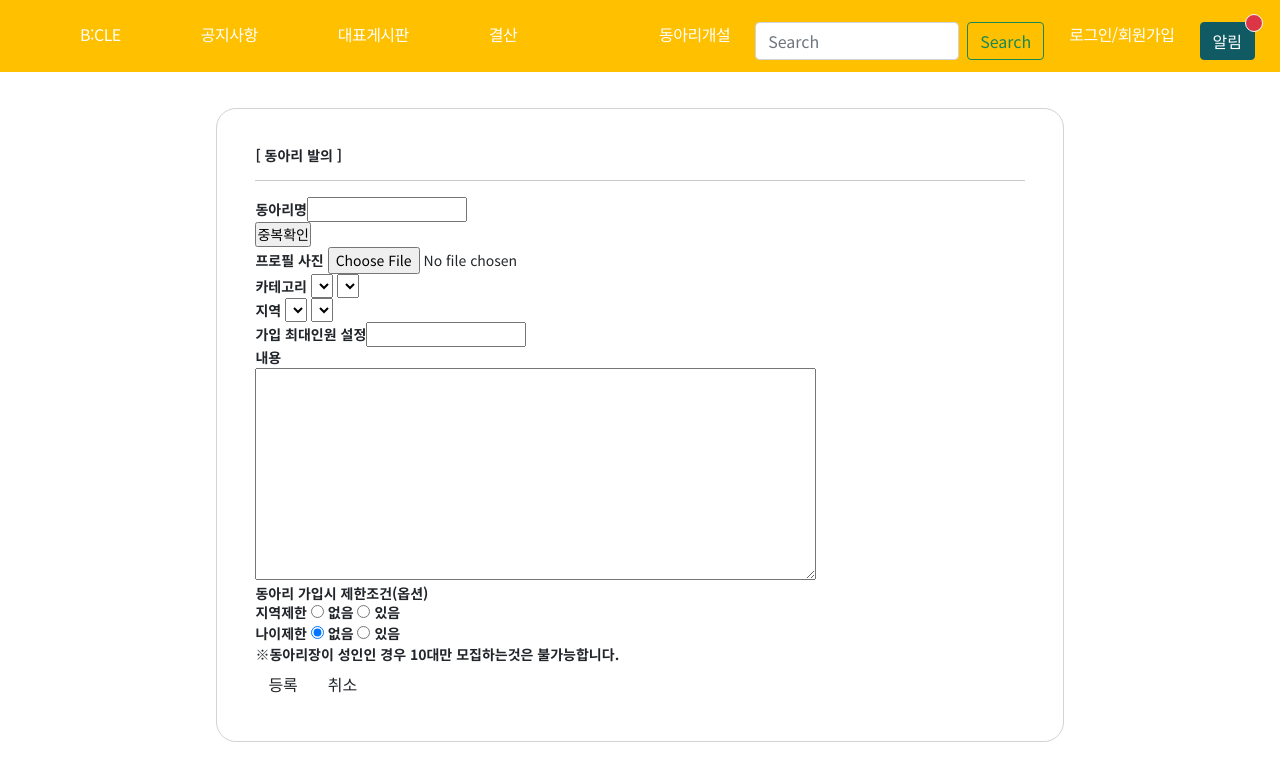
Repository: CHAEYUN7074/SpringProject
Page: http://localhost/viewpages/WEB-INF/view/PreClubUpdateForm.jsp
The author's editor kept a copy of each file at every save. The page is drawn from the files as they stood at one save, then again after the next save.
The browser window is 1280 px wide. The pictures show the whole page.
Some web fonts or font styles are not loaded; a fallback is used. The page is served by Tomcat 9. Nobody is signed in. Other server files are loaded and not shown. The template is opened directly, without the code that normally fills it, so the values that code supplies are empty.

Above is the page before, as saved 2021-12-27 14:20:21.

### viewpages/WebContent/WEB-INF/view/PreClubUpdateForm.jsp
<%@ page contentType="text/html; charset=UTF-8"%>
<%@ taglib prefix="c" uri="http://java.sun.com/jsp/jstl/core"%>
<%
   request.setCharacterEncoding("UTF-8");
String cp = request.getContextPath();
%>
<!DOCTYPE html>
<html>
<head>
<meta charset="UTF-8">
<title>PreClubUpdateForm.jsp</title>
<link rel="stylesheet" href="css/mainpage.css">
<style type="text/css">
#contents {
   margin : 5vh 30vh 5vh 30vh;
   padding : 3%;
   border : 1px solid lightgray;
   border-radius : 20px;
   font-family: 'Noto Sans KR', sans-serif;
   font-weight:bold;
}



</style>


<script type="text/javascript" src="http://code.jquery.com/jquery.min.js"></script>
<script type="text/javascript" src="<%=cp%>/js/jquery-ui.js"></script>
<script type="text/javascript" src="<%=cp%>/js/ajax.js"></script>
<script type="text/javascript">

   $(document).ready(function()
   {
      //카테고리 대분류(category_L_Id)가 변경되었을 경우 수행해야 할 코드 처리
      $("#category_L_Id").change(function()
      {
         //lert($("#category_L_Id").val());

         // Ajax 요청 및 응답 처리
         $.ajax(
         {
            type : "POST"
            ,url : "ajaxcategory.action"
            ,data : {category_L_Id : $("#category_L_Id").val()}
            ,dataType : "json" //{key : vlaue}
            ,success : function(result)
            {
               $("#category_S_Id").children().remove();
               $("#category_S_Id").append("<option value=\"\">선택</option>");

               for(var i=0; i<result.length; i++)
               {
                  $("#category_S_Id").append("<option value=\""+result[i].category_s_id+"\">"+result[i].s_cat+"</option>");
               }
            }
            ,error : function(e)
            {
               alert(e.responseText);
            }
         });
      });

      $("#region_L_Id").change(function()
      {
         //alert('변경');
         //alert($("#region_L_Id").val());

         var category_s_id = '${preopen.category_s_id}';

         $.ajax(
         {
            type : "POST"
            ,url : "ajaxregion.action"
            ,data : {region_L_Id : $("#region_L_Id").val()}
            ,dataType : "json"
            ,success : function(result)
            {
               //alert(result);
               $("#region_S_Id").children().remove();
               $("#region_S_Id").append("<option value=\"\">선택</option>");

               for(var i=0; i<result.length; i++)
               {
                  $("#region_S_Id").append("<option value=\""+result[i].region_s_id+"\">"+result[i].local+"</option>");
               }
            }
            ,error : function(e)
            {
               alert(e.responseText);
            }

          });

      });

   });
      //동아리명 중복 검사

    $(document).ready(function()
   {

      $('.title').focusout(function()  //focusout
      {
         let userTitle = $('.title').val();

         $.ajax({
            url : "checktitle.action" // ①컨트롤러로~
            , type : "POST"
            , data : {userTitle : userTitle}
            , dataType : "json"
            , success : function(result) //Check title에서 여기로 왔다.
            {
               if(result.title == 0){
                  $("#checkTitle").html('이미 동일한 이름의 동아리가 존재합니다.');
                  $("#checkTitle").css('color', 'red');
                  $('#title').val(''); //중복된 내용삭제

               }
               else
               {

                  $("#checkTitle").html('사용할 수 있는 동아리 이름입니다.');
                  $("#checkTitle").css('color', 'green');
               }
            }
            , error : function(e)
            {
               alert(e.responseText); //에러사항 보여주기
            }
         })
      })
   });



 //각 상황별 alert 창 → required로 했는데 클리어하지가 않아서, 각 상황에 맞게 알림창을 띄우기로했다.
   $(document).ready(function()
   {
      $("#submitBtn").click(function()
      {
          if ($.trim($("#title").val()).length == 0)
         {
            alert("동아리명을 입력하세요.");
            $("#title").focus();
            return;
         }

         if ($("#category_L_Id").val() == "")
         {
            alert("카테고리를 선택해주세요");
            $("#category_L_Id").focus();
            return;
         }
         if ($("#category_S_Id").val()== "")
         {
            alert("카테고리를 선택해주세요");
            $("#category_S_Id").focus();
            return;
         }
         if ($("#region_L_Id").val()== "")
         {
            alert("지역을 선택해주세요");
            $("#region_L_Id").focus();
            return;
         }
         if ($("#region_S_ID").val()== "")
         {
            alert("지역을 선택해주세요");
            $("#region_S_ID").focus();
            return;
         }
         if ($("#max").val().length == 0)
         {
            alert("최대 인원을 입력하세요");
            $("#max").focus();
            return;
         }

          if ($("#content").val().length == 0) // 내용 입력하라는 에러 , div id가 content여서
          {
             alert("내용을 입력하세요");
             $("#content").focus();
             return;
          }

         $("#updateForm").submit();
      });
   });

</script>


</head>
<body>
   <!--
ClubCreate.jsp
- 동아리장 - 동아리 개설하기(발의하기)

 -->

   <div class="wrap">
      <!-- 네브 영역 -->
      <div>
         <c:import url="nav.jsp"></c:import>
      </div>
     <!--
     HttpSession session = request.getSession();
     session.setAttribute("id", id);
       -->
      <!-- 콘텐츠 영역 -->
      <div id="contents">
         <h1>[ 동아리 발의 ]</h1>
         <hr>

         <div>
            <form action="preclubupdate.action" method="post" id="updateForm" enctype="multipart/form-data">
               <div>
                  <input type="text" name="cid" value="${preopen.cid}" style="display: none;"> <!-- cid 안보이게 삽입 -->
                  <p>
                  동아리명<input type="text" name="title" id="title" class="title" maxlength='20'  value="${preopen.title }">
                  </p>
                  <input type="button" value="중복확인" id="check">
                  <span id="checkTitle" style="font-size: small;"></span><br>

                  프로필 사진
                  <input type="file" name="url" id="url" value="${preopen.url }">
                  <p>
                  <!--
                     동아리장<input type="text" name="nickname" id="nickname"
                        placeholder="로그인 상태인 사람 여기에 자동 닉네임 뿌려주기" disabled="disabled">
                     개설예정일<input
                        type="text" name="preopendate" id="preopendate"
                        placeholder="자동입력" disabled="disabled">
                         -->
                  </p>
                  <div>
                     카테고리
                     <select id="category_L_Id" name="category_L_Id">
                        <c:forEach var="category" items="${categoryLList }">
                            <option value="${category.category_l_id}"
                            ${preopen.category_l_id == category.category_l_id ? "selected=\"selected\"" : "" }
                             >${category.l_cat}</option>
                        </c:forEach>
                     </select>
                     <select id="category_S_Id" name="category_S_Id">
                        <option value="${preopen.category_s_id}" selected="selected">${preopen.s_cat}</option>
                     </select>
                  </div>


                  <div>

                     지역
                     <select id="region_L_Id" name="region_L_Id">
                        <c:forEach var="region" items="${regionLList }">
                            <option value="${region.region_l_id}"
                            ${preopen.region_l_id == region.region_l_id ? "selected=\"selected\"" : "" }
                             >${region.city}</option>
                        </c:forEach>
                     </select>
                     <select id="region_S_Id" name="region_S_Id">
                        <option value="${preopen.region_s_id}" selected="selected">${preopen.local}</option>
                     </select>
                  </div>

                  <p>
                     가입 최대인원 설정<input type="text" id="max" name="max"  value="${preopen.max}">
                  </p>
                  <div>
                     <p>내용</p>
                     <textarea rows="10" cols="70" id="content" name="content" maxlength='100'>${preopen.content}</textarea>
                  </div>
                  <div>
                     <%-- <c:import url="beePicCreated.jsp"></c:import> --%>
                  </div>

                  <div>
                     <h5>동아리 가입시 제한조건(옵션)</h5>

                     <div>
                        지역제한
                        <input type="radio" name="regionlimit" value="X" id="regionlimitX"
                        ${preopen.limit_id == 'X' ? "checked=\"checked\"" : "" }>
                        <label for="regionlimitX">없음</label>
                        <input type="radio" name="regionlimit" id="regionlimitO" value="O"
                        ${preopen.limit_id == 'O' ? "checked=\"checked\"" : "" } >
                        <label for="regionlimitO">있음</label>
                        <br>
                        나이제한
                        <input type="radio" name="agelimit" id="agelimitX" value="X" checked="checked">
                        <label for="agelimitX">없음</label>
                        <input type="radio" name="agelimit" id="agelimitO"  value="O">
                        <label for="agelimitO">있음</label>
                        <br>※동아리장이 성인인 경우 10대만 모집하는것은 불가능합니다.
                     </div>

                     <div>
                        <button type="button" class="btn" id="submitBtn">등록</button>
                        <button type="button" class="btn" id="cancleBtn" onclick="location.href='mainpage.action'">취소</button>
                     </div>

                  </div>

               </div>
            </form>
         </div>
      </div>

   </div>




</body>
<script type="text/javascript">


</script>
</html>

### viewpages/WebContent/WEB-INF/view/nav.jsp
<%@ page contentType="text/html; charset=UTF-8"%>
<%@ taglib prefix="c" uri="http://java.sun.com/jsp/jstl/core"%>
<%
   request.setCharacterEncoding("UTF-8");
String cp = request.getContextPath();
%>
<!DOCTYPE html>
<html lang="ko">
<head>
<meta charset="UTF-8">
<meta name="viewport" content="width=device-width, initial-scale=1">
<title>B:CLE</title>
<!-- <link rel="stylesheet" href="css/main.css"> -->
<link rel="stylesheet" href="css/font-awesome.min.css">
<link
   href="https://cdn.jsdelivr.net/npm/bootstrap@5.1.3/dist/css/bootstrap.min.css"
   rel="stylesheet"
   integrity="sha384-1BmE4kWBq78iYhFldvKuhfTAU6auU8tT94WrHftjDbrCEXSU1oBoqyl2QvZ6jIW3"
   crossorigin="anonymous">

<style>
@import
   url('https://fonts.googleapis.com/css?family=Exo+2|Noto+Sans+KR&display=swap')
   ;
/*reset*/
* {
   margin: 0;
   padding: 0;
}
body {
   margin: 0;
}
h1, h2, h3, h4, h5, h6, p, ul, ol, li, dl, dt, dd {
   margin: 0;
   padding: 0;
}
h1, h2, h3, h4, h5, h6 {
   font-weight: 700;
   font-size: inherit;
}
a {
   color: inherit;
   text-decoration: inherit;
}
img {
   vertical-align: middle;
}
a img {
   border: none;
}
li {
   list-style: none;
}
address, em, i, ul {
   font-style: normal;
}
.mo {
   display: none;
}
body {
   font-family: 'Noto Sans KR', sans-serif;
   font-size: 14px;
}
header {
   font-family: 'Noto Sans KR', sans-serif;
   letter-spacing: -0.5px;
   background: rgb(255, 192, 0);
   color: white;
   height: 10vh;
   width: 100%;
   position: relative;
   margin-top: -20px;
}
.mainHeader {
   width: 100%;
   margin-top: 20px;
   box-sizing: border-box;
   vertical-align: center;
}
.mainHeader .gnbMo {
   display: none;
}
.mainHeader .gnb {
   float: left;
   margin-left: 80px;
   margin-top: 3vh;
}
.mainHeader .gnb li {
   float: left;
   margin-right: 80px;
}
.mainHeader .gnb li a {
   display: block;
   width: 100%;
   text-align: center;
   color: #fff;
   font-size: 16px;
   text-decoration-line: none;
}
.mainHeader .gnb li a:hover, .mainHeader .gnb li a:focus {
   color: #ff8342;
}
.mainHeader .tnb {
   float: right;
   margin-top: 3vh;
}
.mainHeader .tnb li {
   float: left;
   margin-right: 25px;
}
.mainHeader .tnb li a {
   display: block;
   width: 100%;
   text-align: center;
   font-size: 16px;
   color: #fff;
   text-decoration-line: none;
}
.mainHeader .tnb li:nth-child(1) a i, .mainHeader .tnb li:nth-child(2) a i
   {
   font-size: 20px;
   margin-right: 8px;
}
.mainHeader .tnb li:last-child a {
   display: block;
   width: 105px;
   line-height: 2;
   border: 1px solid #fff;
   border-radius: 30px;
   margin-top: 35px;
}
.mainHeader .tnb li:last-child a i {
   margin-left: 5px;
}
.mainHeader .tnb li:last-child a:hover {
   background: #fff;
   color: #ff8342;
   transition: all 0.3s;
}
.btn-primary {
    color: #fff;
    background-color: #105b63;
    border-color: #105b63;
}


.box {
    width: 30px;
    height: 30px;
    border-radius: 70%;
    overflow: hidden;
}
.profile {
    width: 100%;
    height: 100%;
    object-fit: cover;
}

</style>


</head>
<body>

   <c:choose>
      <c:when test="${!empty id }">
         <header>
            <div class="mainHeader">
               <nav class="gnb">
                  <ul>
                     <li><a href="mainpage.action">B:CLE</a></li>
                     <li><a href="mainnoticelist.action">공지사항</a></li>
                     <li><a href="mainfreeboardlist.action">대표게시판</a></li>
                     <li><a href="mainaccount.action">결산</a></li>
                  </ul>
               </nav>
               <nav class="tnb">
                  <ul>

                     <li><a href="clubinsertform.action">동아리개설</a></li>

                     <li>
                        <form class="d-flex">
                           <input class="form-control me-2" type="search"
                              placeholder="Search" aria-label="Search">
                           <button class="btn btn-outline-success" type="submit">Search</button>
                        </form>
                     </li>



                     <!-- 값을 넘겨보려 시도했는데 실패...ㅠ 다시 해볼게요 - 현정 -->
                     <li><a href="#">마이페이지</a></li>
                     <li><a href="logout.action"></i>로그아웃</a></li>
                         <li><button type="button"
                              class="btn btn-primary position-relative">
                              알림 <span
                                 class="position-absolute top-0 start-100 translate-middle p-2 bg-danger border border-light rounded-circle">
                                 <span class="visually-hidden">New alerts</span>
                              </span>
                             </button></li>
                  </ul>
               </nav>
               <nav class="gnbMo">
                  <a href="#"><i class="fa fa-bars" aria-hidden="true"></i></a>
               </nav>
            </div>
         </header>
      </c:when>
      <c:otherwise>
         <header>
            <div class="mainHeader">
               <nav class="gnb">
                  <ul>
                     <li><a href="mainpage.action">B:CLE</a></li>
                     <li><a href="mainnoticelist.action">공지사항</a></li>
                     <li><a href="mainfreeboardlist.action">대표게시판</a></li>
                     <li><a href="mainaccount.action">결산</a></li>
                  </ul>
               </nav>
               <nav class="tnb">
                  <ul>

                     <li><a href="#">동아리개설</a></li>

                     <li>
                        <form class="d-flex">
                           <input class="form-control me-2" type="search"
                              placeholder="Search" aria-label="Search">
                           <button class="btn btn-outline-success" type="submit">Search</button>
                        </form>
                     </li>




                     <li><a href="loginpage.action"></i>로그인/회원가입</a></li>
                     <li><button type="button"
                           class="btn btn-primary position-relative">
                           알림 <span
                              class="position-absolute top-0 start-100 translate-middle p-2 bg-danger border border-light rounded-circle">
                              <span class="visually-hidden">New alerts</span>
                           </span>
                        </button></li>
                  </ul>
               </nav>
               <nav class="gnbMo">
                  <a href="#"><i class="fa fa-bars" aria-hidden="true"></i></a>
               </nav>
            </div>
         </header>
      </c:otherwise>
   </c:choose>
   <!--header-->




</body>
</html>

<!-- 검색부분에 쓸 부트스트랩 -->
<!--       <form class="d-flex">
        <input class="form-control me-2" type="search" placeholder="Search" aria-label="Search">
        <button class="btn btn-outline-success" type="submit">Search</button>
      </form> -->

### viewpages/WebContent/css/mainpage.css
@charset "utf-8";
@import url('https://fonts.googleapis.com/css?family=Exo+2|Noto+Sans+KR&display=swap');
/*reset*/
* {margin: 0;padding: 0;}
body {margin: 0;}
h1, h2, h3, h4, h5, h6, p, ul, ol, li, dl, dt, dd {margin: 0; padding: 0;}
h1, h2, h3, h4, h5, h6 {font-weight: 700; font-size: inherit;}
a {color: inherit; text-decoration: inherit;}
img {vertical-align: middle;}
a img {border: none;}
li {list-style: none;}
address, em, i, ul {font-style: normal;}

/*layout*/
.mo {display: none;}
.en {font-family: 'Exo 2', sans-serif;}
body {font-family: 'Noto Sans KR', sans-serif; font-size: 14px;}
.wrap {margin: 0 auto; }


/*section .title*/

section .title {color: #000; text-align: center;}
section .title h2 {font-size: 45px; margin-bottom: 5px; font-weight: normal;}
section .title h2 span {color:#ff8342; }
section .title p {font-size: 18px; color: #555;}


/*section.about*/
section.about {background: #fff; padding: 80px 0;}
section.about ul {color: #555; font-family: 'Noto Sans KR', sans-serif; margin: 30px auto; height:60vh; width: 1400px; border-bottom: 1px solid #ddd; overflow: hidden; }
section.about ul li {float:left; width: 33.3333%; }
section.about ul li a{display: block; width: 100%; height: 100%; text-decoration : none;}
section.about ul li a p.clubpic {width: 100%;overflow: hidden; }
section.about ul li a p.clubpic img {width: 100%; height: auto; transition: all .8s;}
section.about ul li a:hover p.clubpic img,section.about ul li a:focus p.img img {transform: scale(1.2); transition: all 1s;}
section.about ul li a .text {color: #555; padding: 30px;}
section.about ul li a .text h3 {font-size: 20px; margin-bottom: 10px;}
section.about ul li a .text p {font-size: 16px; margin-bottom: 10px;}
section.about ul li a .text p.more {text-transform: uppercase; font-weight: bold; padding-left: 40px; position: relative;}
section.about ul li a .text p.more:before {content: '\f178'; font-family:FontAwesome; font-size: 15px; width: 30px; height: 30px; line-height: 30px; background:#ff8342; position: absolute; left: 0;display: block;  border-radius: 50%;}

/*section.find*/
section.find {margin-bottom: 35vh; }
section.find .imgBox {width: 1400px; height: 10px; position: relative;}
section.find .imgBox .inner {background: #3a3c4e; width: 80%; position: absolute; left: 25vh; margin-top:2vh; margin-bottom:2vh; border-radius: 30px;}
section.find .imgBox .inner h3 {background: #000; padding: 25px 45px; box-sizing: border-box; font-size: 18px;}
section.find .imgBox .inner h3 span {color:#ff8342;}
section.find .imgBox .inner .bottom {font-family: 'Noto Sans KR', sans-serif; padding: 35px 85px; box-sizing: border-box; color: #fff; overflow: hidden; line-height: 1.6;}
section.find .imgBox .inner .bottom p {float: left;}
section.find .imgBox .inner .bottom a {color: #fff; text-decoration-line : none; float: right; margin-right: 20px;   padding: 7px 30px; background: #ff8342; border-radius: 50px;}
section.find .imgBox .inner .bottom a:hover,section.find .imgBox .inner .bottom a:focus {background: #f86010;}
section.find .map {margin-left: 0px;}

/*section.join*/
section.join {margin-bottom: 150px; padding: 80px 0; background: url(../images/health.png)no-repeat center/cover;}
section.join ul.title {width: 1400px; margin: 50px auto; border-top: 2px solid #000; border-bottom: 2px solid #000;}
section.join ul.list > li {padding: 30px 60px; box-sizing: border-box;}
section.join ul.list > li:nth-child(1) {border-bottom: 1px solid #ddd;}
section.join ul.list li h3 {font-size: 18px; margin-bottom: 20px; position: relative;}
section.join ul.list li h3 span {position: absolute; left: -35px; color:#ff8342; }
section.join ul.list li > p {line-height: 1.6; margin-bottom: 20px;}
section.join ul.list li > a {display:inline-block; font-weight: bold; font-size: 16px;line-height: 1.6; }
section.join ul.list li > a span {color:#ff8342; font-weight: bold; margin-left: 3px; font-size: 14px; }
section.join ul.in {margin-bottom: 30px;}
section.join ul.in li {margin-bottom: 10px; overflow: hidden;}
section.join ul.in li em {float: left; width: 12%;  font-weight: bold;}
section.join ul.in li p {float: left; width: 88%; position: relative;}
section.join ul.in li p:before { content:''; position: absolute; left: -40px; top:10px; width: 4px; height: 4px; border-radius: 50%; background:#ff8342; }
section.join button {display: block; width: 280px; background:#ff8342; border:none; padding: 10px 0; font-weight: bold; text-align: center; margin: auto; border-radius: 50px; color: #fff;}

/*section.timeup*/
section.timeup {margin-bottom: 50vh; height : 60vh;}
section.timeup h2{margin-top : 10vh;}
section.timeup ul {width: 1400px; margin: 60px auto; overflow: hidden;}
section.timeup ul li {float: left; width: 32%; margin-right: 1%;}
section.timeup ul li:last-child {margin-right: 0;}
section.timeup ul li a {display: block; width: 100%; height: 80%;}
section.timeup ul li a p.clubpic {overflow: hidden; position: relative;}
section.timeup ul li a p.clubpic:before {content: ''; width: 0%; height: 100%; position: absolute; left: 0; top:0; background: rgba(255, 131, 66, 0.9); transition: all 0.5s;}
section.timeup ul li a p.clubpic img {width: 100%;}
section.timeup ul li a:hover p.clubpic:before,section.sns ul li a:focus p.clubpic:before {width: 100%; transition: all 0.6s;}
section.timeup ul li a p.clubpic:after {content: '함께하기'; position: absolute; left:50%; top:50%; transform: translate(-50%,-50%); font-family: 'Exo 2', sans-serif; font-size: 15px; color: #fff; border: 1px solid #fff; border-radius: 40px; padding: 5px 30px; opacity: 0; transition: all 0.5s;}
section.timeup ul li a:hover p.clubpic:after,section.sns ul li a:focus p.clubpic:after {opacity: 1; transition: all 0.5s;}
section.timeup ul li a .bottom {color:  #555; font-family: 'Noto Sans KR', sans-serif; width: 100%; padding: 20px 0 20px 30px; box-sizing: border-box;}
section.timeup ul li a .bottom p {font-size: 18px; font-weight: bold;}
section.timeup ul li a .bottom p.color {text-decoration-line : none; color: #ff8342; font-size: 15px; font-weight: normal;}
section.timeup ul li a .bottom p.time {text-decoration-line : none; color: #999; font-size: 15px; font-weight: normal; padding-left: 20px; margin-top: 30px; position: relative;}
section.timeup ul li a .bottom p.time:before {content:' \f017'; font-family: FontAwesome; font-size: 15px; line-height: 30px; position: absolute; left: 0; top:-3px;}
section.timeup button {display: block; width: 280px; background:#ff8342; border:none; padding: 10px 0; font-weight: bold; text-align: center; margin: auto; border-radius: 50px; color: #fff;}
section.a {text-decoration : none;}



.cate {

   margin-left : 30vh;
   margin-right : 30vh;
   margin-bottom : 10vh;
   text-align : center;
}
.cate img {width : 100%; height : 100%;}





section.search h2 {margin-left : 85vh;}
section.search .input-group {margin-left : 80vh; margin-top : 5vh;  width : 50vh;}

button {border:none;}
button:active {  outline: none;   box-shadow: none; }

Loaded but not shown: viewpages/WebContent/js/jquery-ui.js (library); viewpages/WebContent/js/ajax.js (47 lines, source omitted)

After the next save:
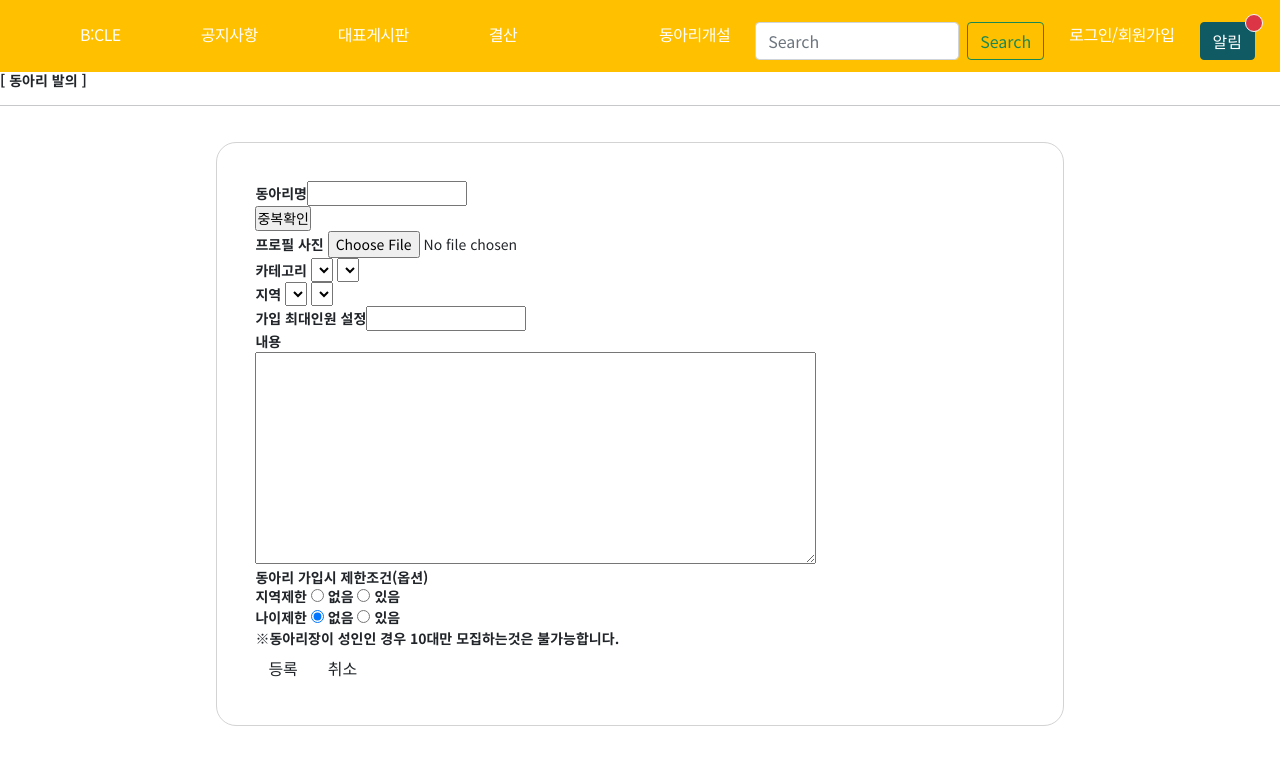
Saved 36 s later.
--- a/viewpages/WebContent/WEB-INF/view/PreClubUpdateForm.jsp
+++ b/viewpages/WebContent/WEB-INF/view/PreClubUpdateForm.jsp
@@ -193,11 +193,6 @@ String cp = request.getContextPath();
 
 </head>
 <body>
-   <!--
-ClubCreate.jsp
-- 동아리장 - 동아리 개설하기(발의하기)
-
- -->
 
    <div class="wrap">
       <!-- 네브 영역 -->
@@ -209,10 +204,10 @@ ClubCreate.jsp
      session.setAttribute("id", id);
        -->
       <!-- 콘텐츠 영역 -->
-      <div id="contents">
+
          <h1>[ 동아리 발의 ]</h1>
          <hr>
-
+      <div id="contents">
          <div>
             <form action="preclubupdate.action" method="post" id="updateForm" enctype="multipart/form-data">
                <div>
